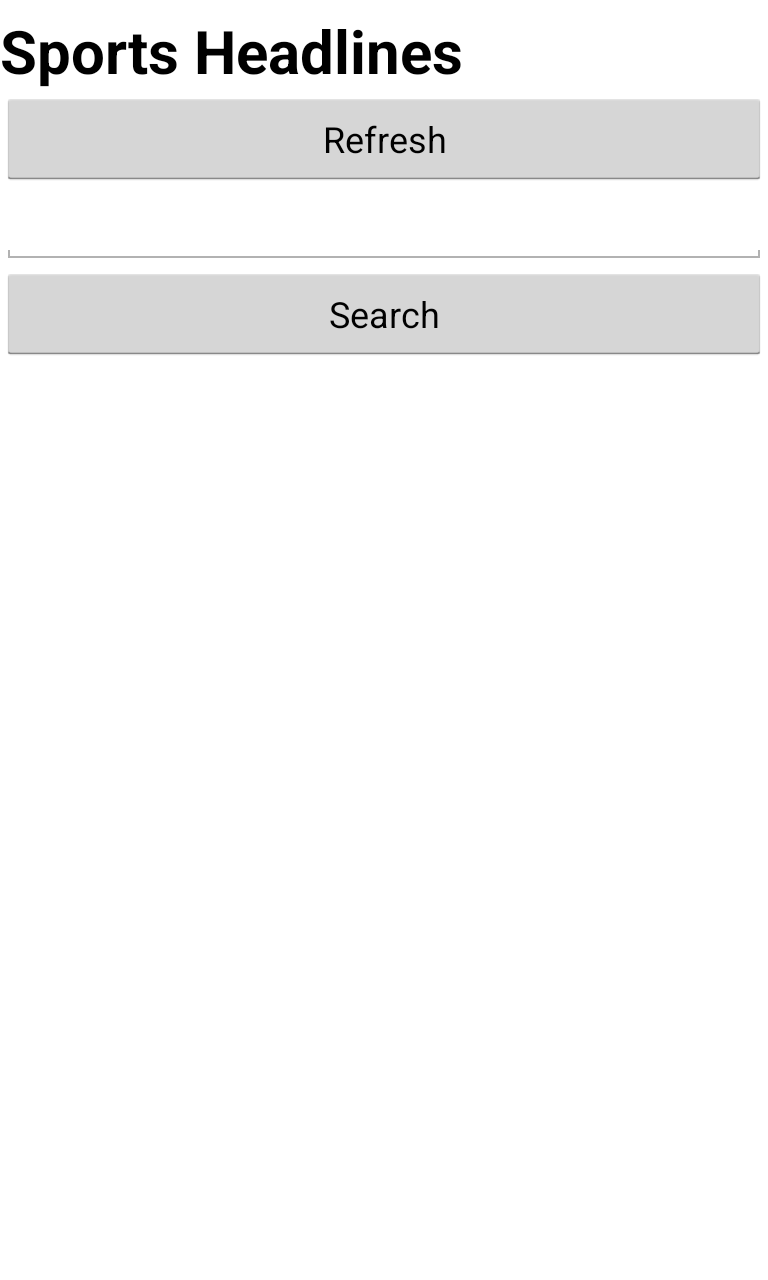
Repository: jbentley313/java2_Bentley2
Layout: sportsHeadlines/res/layout/activity_main.xml
These files come from the project's save history. The layout is drawn as it stood at one moment and after the next save; the edit follows.
It is drawn on a 768 x 1280 px phone screen (xhdpi) without system bars, with theme AppTheme; the app's code is not run. Lists and similar views that code fills are empty.

Above is the layout before, as saved 2014-01-16 02:33:14.

After the next save:
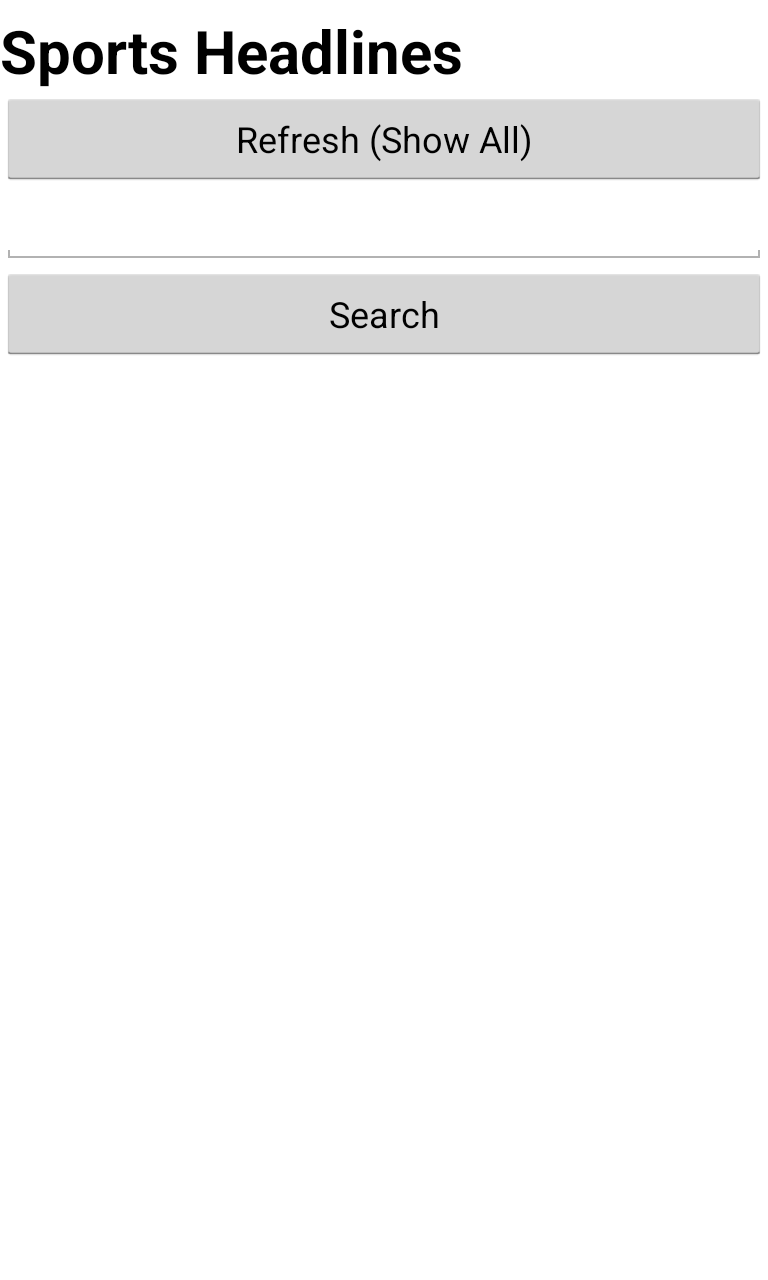
Saved 2 min 42 s later.
--- a/sportsHeadlines/res/values/strings.xml
+++ b/sportsHeadlines/res/values/strings.xml
@@ -7,7 +7,7 @@
     <string name="sports_headlines">Sports Headlines</string>
     <string name="headline">Headline</string>
     <string name="last_modified">Last Modified</string>
-    <string name="refresh">Refresh</string>
+    <string name="refresh">Refresh (Show All)</string>
     <string name="title_activity_headline_display">HeadlineDisplay</string>
     <string name="title_activity_display_headlines">DisplayHeadlines</string>
     <string name="title_activity_headline">HeadlineActivity</string>
